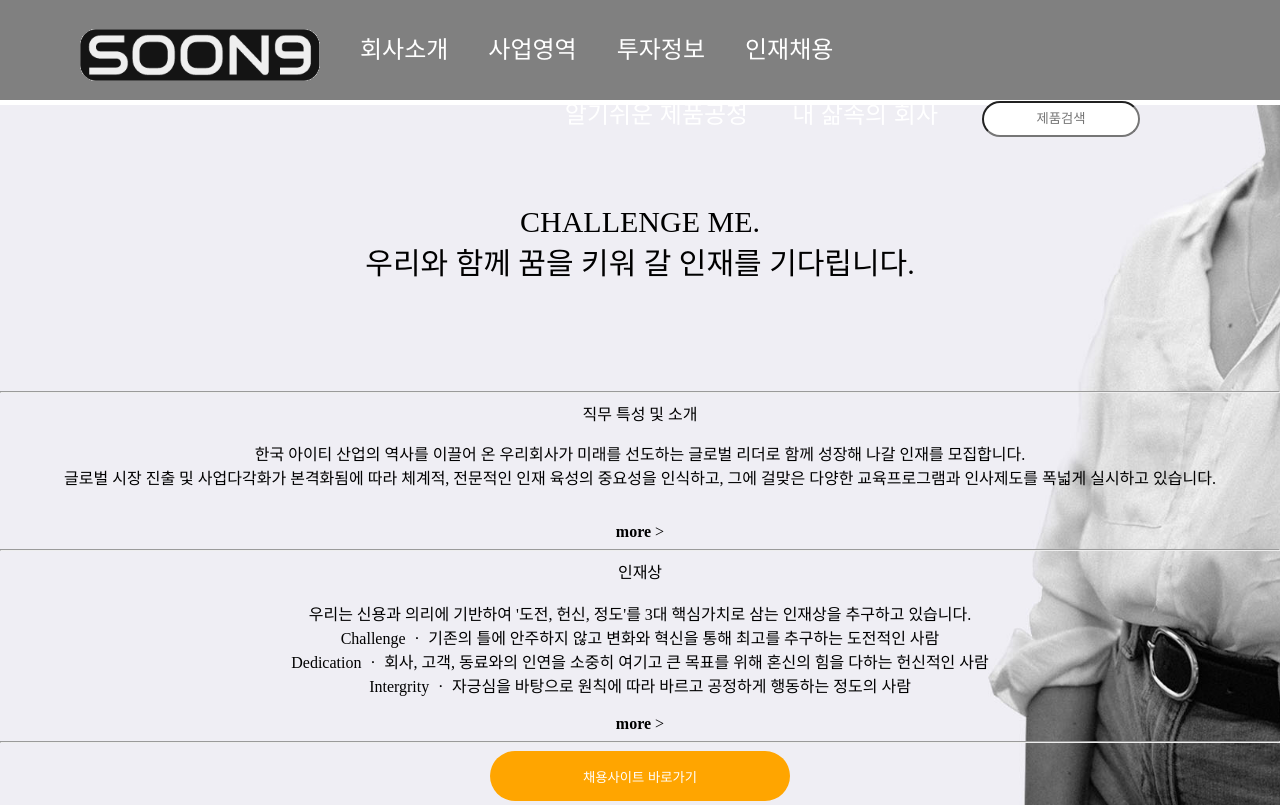
Repository: golddrone7/front
Page: soon9/src/main/webapp/index.html
These files come from the project's save history. The page is drawn as it stood at one moment and after the next save; the edit follows.
The browser window is 1280 px wide. The pictures show the whole page.

Above is the page before, as saved 2023-03-02 02:39:04.

After the next save:
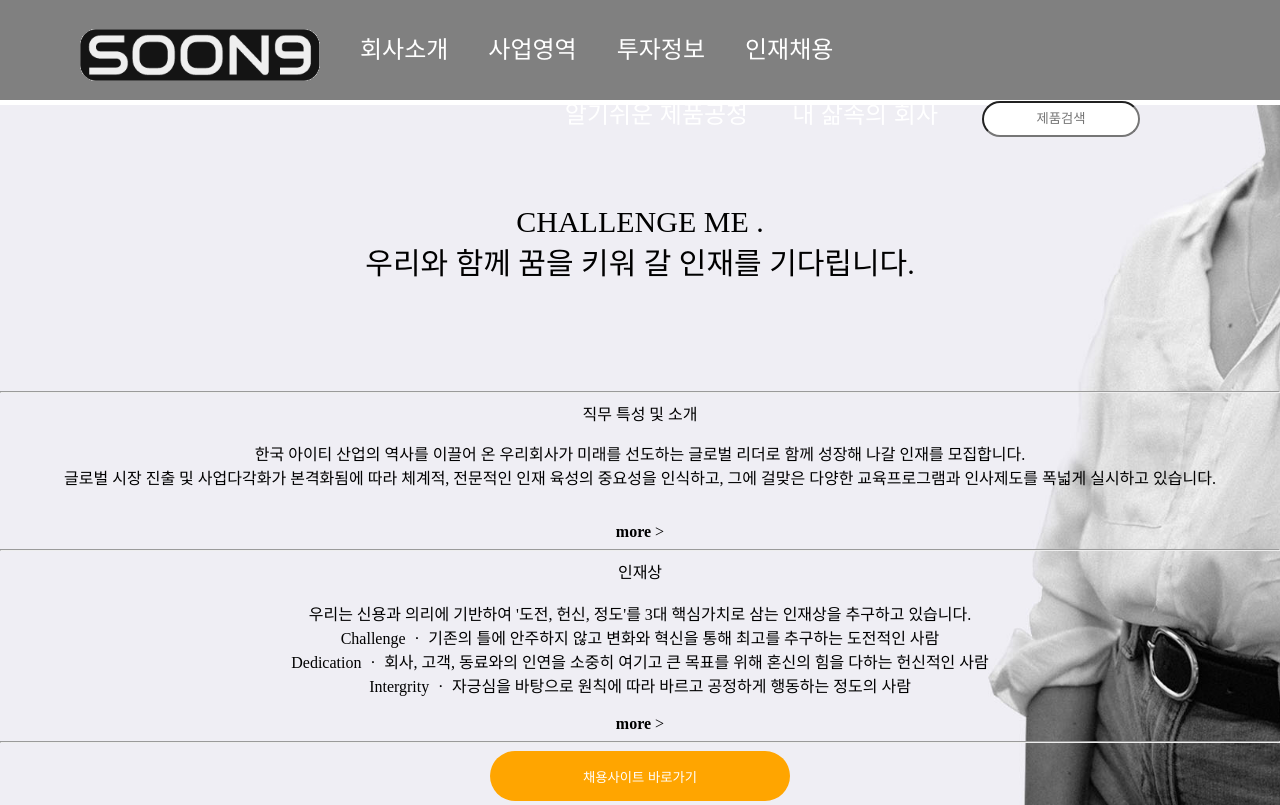
Saved 54 s later.
--- a/soon9/src/main/webapp/index.html
+++ b/soon9/src/main/webapp/index.html
@@ -27,8 +27,8 @@
 </div>
 <div class="main">
 	<div class="subject">
-	CHALLENGE ME.<br>
-	우리와 함께 꿈을 키워 갈 인재를 기다립니다.<br>
+	 <div>CHALLENGE ME .</div>
+	 <div>우리와 함께 꿈을 키워 갈 인재를 기다립니다.</div>
 	</div>
 	<hr>
 	<div class="content">
